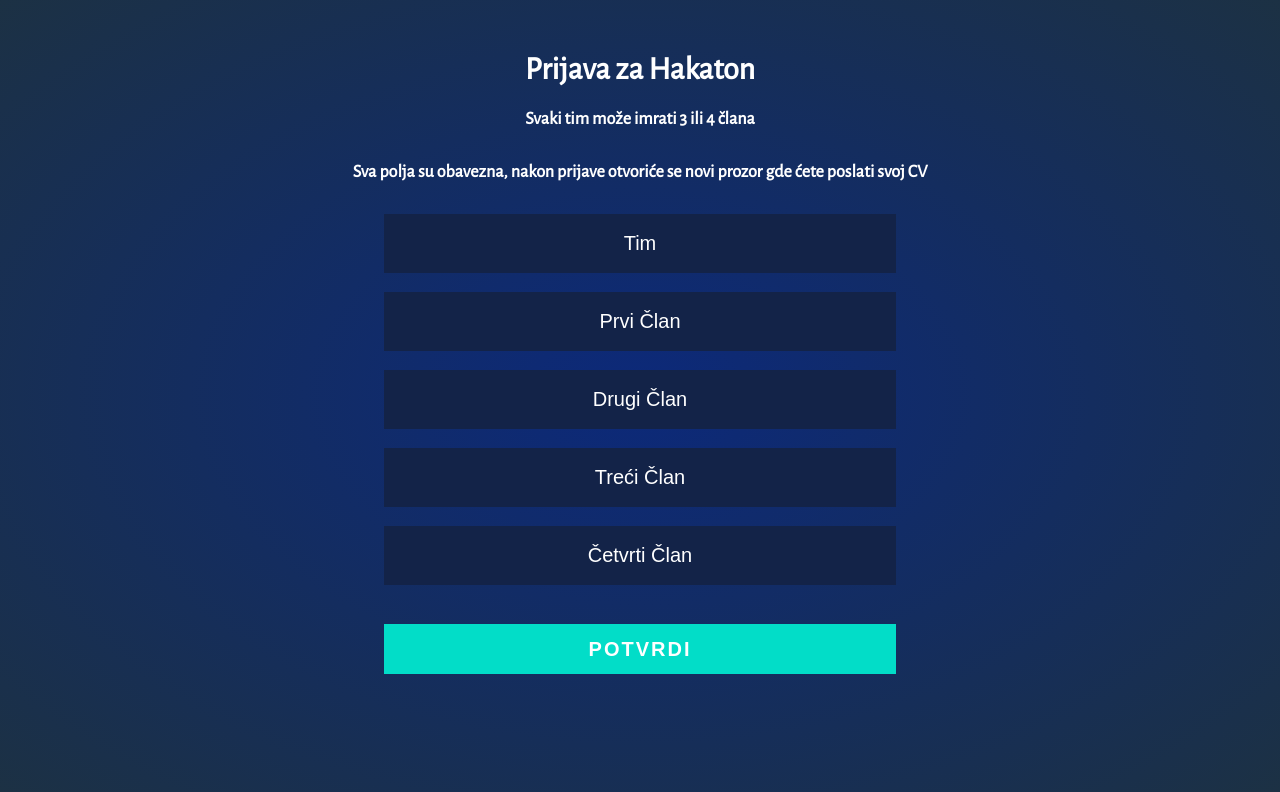
Repository: MilenaPetrovic/fonhakaton2019
Page: prijava/PrijaveHakaton.html
The author's editor kept a copy of each file at every save. The page is drawn from the files as they stood at one save, then again after the next save.
The browser window is 1280 px wide. The pictures show the whole page.
Some web libraries are served in a nearby version.

Above is the page before, as saved 2019-02-19 15:11:12.

### prijava/PrijaveHakaton.html
<!DOCTYPE html>
<html lang="en">
<head>
    <meta charset="UTF-8">
    <meta name="viewport" content="width=device-width, initial-scale=1.0">
    <meta http-equiv="X-UA-Compatible" content="ie=edge">
    <link rel="stylesheet" href="Prijave.css">
    <link href="https://fonts.googleapis.com/css?family=Alegreya+Sans" rel="stylesheet">
    <title>Prijava</title>
</head>
<body>

<h1>Prijava za Hakaton</h1>
<h3>Svaki tim može imrati 3 ili 4 člana</h3>
<h3>Sva polja su obavezna, nakon prijave otvoriće se novi prozor gde ćete poslati svoj CV</h3>

<form name="submit-to-google-sheet">
    <button type="button" class="collapsible">Tim</button>
    <div class="content">
        <div class="forma">
            <h2>Naziv tima:</h2>
            <input id="tim" name="naziv-tima" type="text" class="form-control" >
            <h2>Kako ste saznali za FON Hakaton?</h2>
            <textarea name="kako-ste-saznali" class="form-control" rows="3"></textarea>
            <h2>Da li ste učestvovali na sličnim takmičenjima? Ukoliko jeste, navedite na kojim i ukratko opišite iskustvo.</h2>
            <textarea name="iskustvo" class="form-control" rows="3"></textarea>
            <h2>Zašto ste se prijavili za FON Hakaton?</h2>
            <textarea name="zasto-ste-se-prijavili" class="form-control" rows="4" ></textarea>
            <h2>Navedite ključnu prednost i manu tima:</h2>
            <textarea name="prednost-mana" class="form-control" rows="3" ></textarea>
        </div>
    </div><br><br>

    <button type="button" class="collapsible">Prvi Član</button>
    <div class="content">
        <div class="forma">
            <h2>Ime i prezime</h2>
            <input id="name" name="ime-prezime1" type="text" class="form-control" >
            <h2>E-mail</h2>
            <input id="email1" name="email1" type="text" class="form-control" >
            <h2>Telefon</h2>
            <input name="telefon1" type="tel" class="form-control" >
            <h2>Fakultet/Srednja škola</h2>
            <input name="faks/skola1" type="text" class="form-control" >
            <h2>Godina studija/razred</h2>
            <input name="godina1" type="number" class="form-control" >
        </div>
    </div><br><br>

    <button type="button" class="collapsible">Drugi Član</button>
    <div class="content">
        <div class="forma">
            <h2>Ime i prezime</h2>
            <input name="ime-prezime2" type="text" class="form-control" >
            <h2>E-mail</h2>
            <input id="email2" name="email2" type="text" class="form-control" >
            <h2>Telefon</h2>
            <input name="telefon2" type="tel" class="form-control" >
            <h2>Fakultet/Srednja škola</h2>
            <input name="faks/skola2" type="text" class="form-control" >
            <h2>Godina studija/razred</h2>
            <input name="godina2" type="number" class="form-control" >
        </div>
    </div><br><br>

    <button type="button" class="collapsible">Treći Član</button>
    <div class="content">
        <div class="forma">
            <h2>Ime i prezime</h2>
            <input name="ime-prezime3" type="text" class="form-control" >
            <h2>E-mail</h2>
            <input id="email3" name="email3" type="email" class="form-control" >
            <h2>Telefon</h2>
            <input name="telefon3" type="tel" class="form-control" >
            <h2>Fakultet/Srednja škola</h2>
            <input name="faks/skola3" type="text" class="form-control" >
            <h2>Godina studija/razred</h2>
            <input name="godina3" type="number" class="form-control" >
        </div>
    </div><br><br>

    <button type="button" class="collapsible">Četvrti Član</button>
    <div class="content">
        <div class="forma">
            <h2>Ime i prezime</h2>
            <input name="ime-prezime4" type="text" class="form-control" >
            <h2>E-mail</h2>
            <input id="email4" name="email4" type="text" class="form-control" >
            <h2>Telefon</h2>
            <input name="telefon4" type="tel" class="form-control" >
            <h2>Fakultet/Srednja škola</h2>
            <input name="faks/skola4" type="text" class="form-control" >
            <h2>Godina studija/razred</h2>
            <input name="godina4" type="number" class="form-control" >
        </div>
    </div><br><br>

    <button id="dugme" type="submit" class="form-control submit" onclick="prijava();">POTVRDI</button>
    <h1 id="potvrda"></h1>
    <br><br>

</form>
<script src="https://code.jquery.com/jquery-2.1.1.min.js"></script>
<script src="PrijaveHakaton.js"></script>
<script>

function potvrda(){
    const scriptURL = 'https://script.google.com/macros/s/AKfycbxgH_Xq8de0HcJXcIGQgc8PqAEDzfhfFnNWLrZrLLU_c_zkAV9A/exec'
	const form = document.forms['submit-to-google-sheet']
	form.addEventListener("submit", e => {
		e.preventDefault()
		fetch(scriptURL, { method: 'POST', body: new FormData(form) })
			.then(response => console.log('Success!', response))
			.catch(error => console.error('Error!', error.message))
	})
}

function prijava(){
    if(document.getElementById("email1").value != '' &&
       document.getElementById("email2").value != '' ){
        potvrda();
        document.getElementById("potvrda").innerHTML ="Uspešno ste se prijavili";
        window.open('https://driveuploader.com/upload/37qMAd4w9h/');
        document.getElementById('dugme').style.display = 'none'
    } else{
        event.preventDefault();
        alert('Popunite sva polja');
    }
}

</script>

</body>
</html>

### prijava/Prijave.css
body{
    margin: 0;
    padding: 0;
    text-align: center;
    background-size: cover;
    background-position: center;
    font-family: 'Alegreya Sans', sans-serif;

    background-image: url(/img/Pozadina-12-12.jpg);
    background-repeat: no-repeat;

    background:
    radial-gradient(
        #0C297A,
        #1C3144
    );
}

textarea {
    resize: none;
    padding-left: 10px;
    padding-right: 10px;
    font-family: 'Alegreya Sans', sans-serif;
}

h1{
    margin-bottom: 20px;
    margin-top: 50px;
    color: #fff;
}

.form-control
{
    width: 600px;
    background: #02ddc74b;
    outline: none;
    border: 1px solid #02ddc8;
    color: #fff;
    font-size: 18px;
}

input
{
    height: 40px;
    padding-left: 10px;
    padding-right: 10px;
}

form .submit
{
    background: #02ddc8;
    border-color: transparent;
    color: #fff;
    font-size: 20px;
    font-weight: bold;
    letter-spacing: 2px;
    height: 50px;
    width: 40%;
    margin-top: 20px;
    margin-bottom: 30px;
}

form .submit:hover
{
    background-color: #01a595;
    cursor: pointer;
    transition: 0.2s;
}

h2 {
    font-size: 20px;
    color: #fff;
}

h3 {
    font-size: 18px;
    color: #fff;
    margin-bottom: 50px;
    margin-left: 20px;
    margin-right: 20px;
    height: 3px;
}

::placeholder {
    color: #02ddc8;
    font-family: 'Alegreya Sans', sans-serif;
}

.forma {
    width: 625px;
    text-align: left;
    margin: auto;
}

.cv {
    display: inline-block;
    padding: 6px 12px;
    cursor: pointer;
    background: #02ddc74b;
    outline: none;
    border: 1px solid #02ddc8;
    color: #fff;
    font-size: 18px;
}

.collapsible {
    background-color: #132348;
    color: white;
    cursor: pointer;
    padding: 18px;
    width: 40%;
    border: none;
    outline: none;
    font-size: 20px;
  }

.active, .collapsible:hover {
    background-color: #02ddc8;
    transition: 0.3s;
}

.content {
padding: 0 18px;
display: none;
overflow: hidden;
}

@media (max-width: 650px){

.content{
    width: 300px;
    padding: 0%;
    margin: auto;
}

h1{
    font-size: 25px;
}

h2{
    width: 300px;
    font-size: 17px;
}

.form-control, input{
    width: 285px;
    font-size: 15px;
    height: 30px;
    padding: 5px;
}

.collapsible, .submit {
    width: 300px;
    font-size: 17px;
    padding: 10px;;
}

h3{
    font-size: 15px;
}

}

### prijava/PrijaveHakaton.js
$(function () {
	//COLLAPSIBLE

	var coll = document.getElementsByClassName("collapsible");
	var i;
	var l;

	for (i = 0; i < coll.length; i++) {
		coll[i].addEventListener("click", function() {
		this.classList.toggle("active");
		var content = this.nextElementSibling;
		if (content.style.display === "block") {
			content.style.display = "none";
		} else {
			for (l =0 ; l < coll.length; l++){
				var cont = coll[l].nextElementSibling;
				cont.style.display = 'none'
			}
			content.style.display = "block";
		}
		});
	}

});

After the next save:
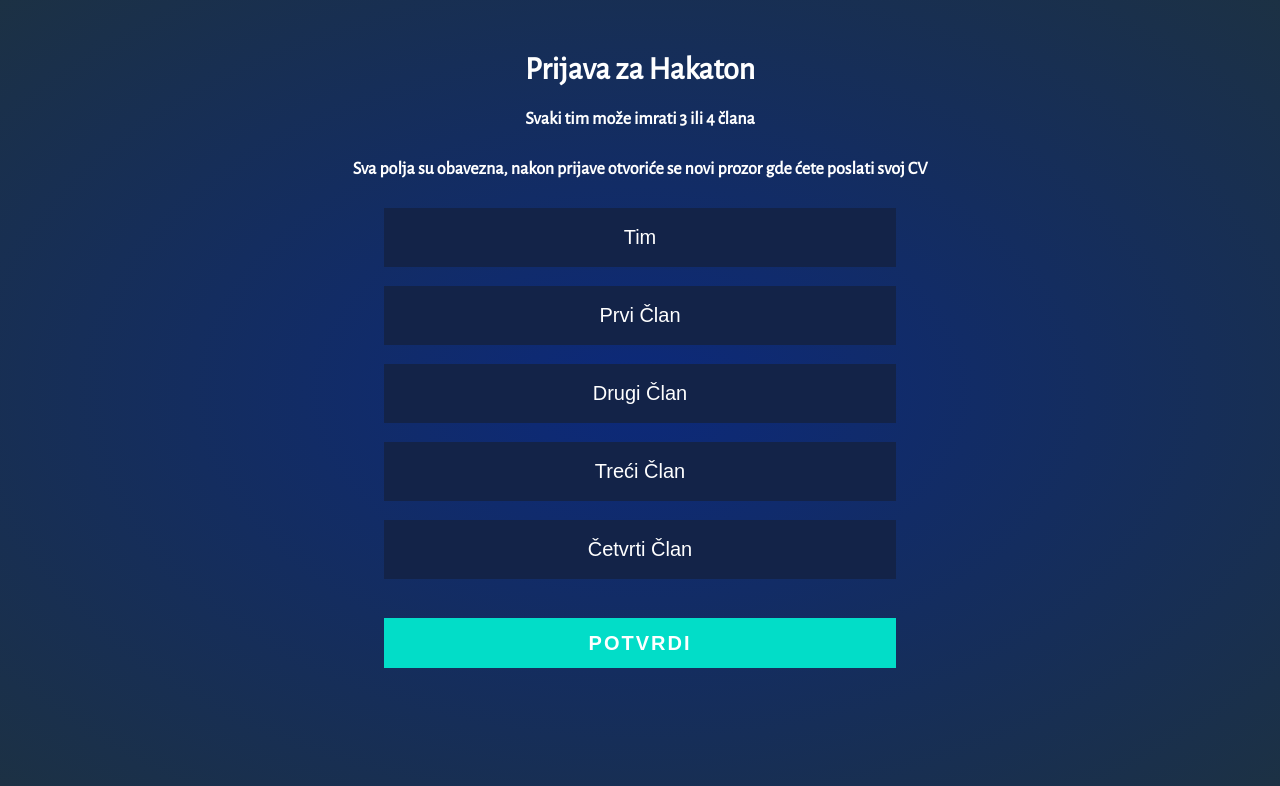
Saved 14 s later.
--- a/prijava/Prijave.css
+++ b/prijava/Prijave.css
@@ -78,7 +78,7 @@ h3 {
     margin-bottom: 50px;
     margin-left: 20px;
     margin-right: 20px;
-    height: 3px;
+    height: 0px;
 }
 
 ::placeholder {
